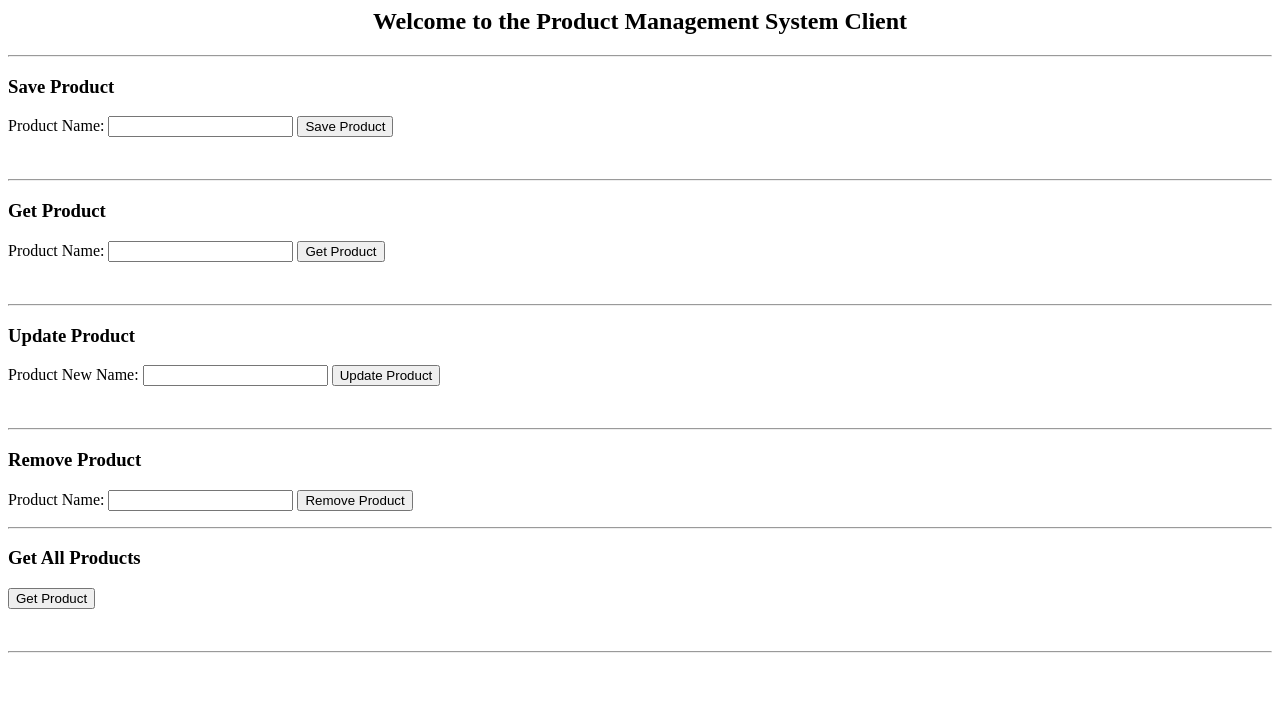
Repository: kanuwana/JavaWorkspace
Page: Product_Management_System_Client/WebContent/index.html
An editor plug-in stored every save of this project. The page is shown before and after the next save, followed by the edit.
The browser window is 1280 px wide. The pictures show the whole page.

Above is the page before, as saved 2013-10-27 18:50:00.

### Product_Management_System_Client/WebContent/index.html


<html>
<head></head>
<body>
	<div align="center"><h2>Welcome to the Product Management System Client</h2></div><hr/>

	<div><h3>Save Product</h3>
		<form name="saveProduct" action="/product/save" method="post">
				Product Name: <input type="text" name="productName">
				<input type="submit" value="Save Product">
		</form>
	</div><br/><hr/>

	<div><h3>Get Product</h3>
		<form name="getProduct" action="/product/get" method="get">
		Product Name: <input type="text" name="productName">
				<input type="submit" value="Get Product">
		</form>
	</div><br/><hr/>

	<div><h3>Update Product</h3>
		<form name="updateProduct" action="/product/update" method="put">
				Product New Name: <input type="text" name="productName">
				<input type="submit" value="Update Product">
		</form>
	</div><br/><hr/>

	<div><h3>Remove Product</h3>
		<form name="removeProduct" action="/product/remove" method="delete">
				Product Name: <input type="text" name="productName">
				<input type="submit" value="Remove Product">
		</form>
	</div><hr/>

	<div><h3>Get All Products</h3>
		<form name="getProduct" action="/product/getAll" method="get">
				<input type="submit" value="Get Product">
		</form>
	</div><br/><hr/>

</body>
</html>

After the next save:
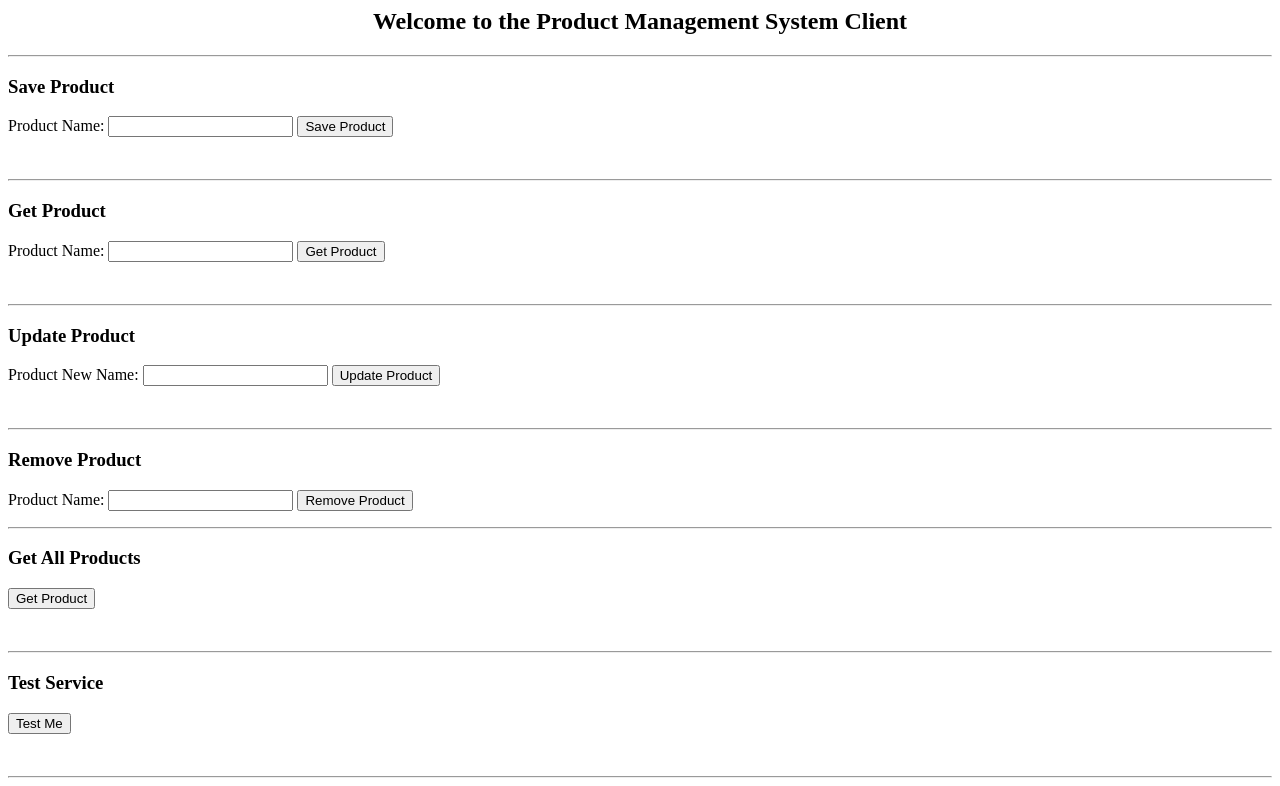
Saved 75 s later.
--- a/Product_Management_System_Client/WebContent/index.html
+++ b/Product_Management_System_Client/WebContent/index.html
@@ -39,5 +39,11 @@
 		</form>
 	</div><br/><hr/>
 
+	<div><h3>Test Service</h3>
+		<form name="getProduct" action="/product/" method="get">
+				<input type="submit" value="Test Me">
+		</form>
+	</div><br/><hr/>
+
 </body>
 </html>
